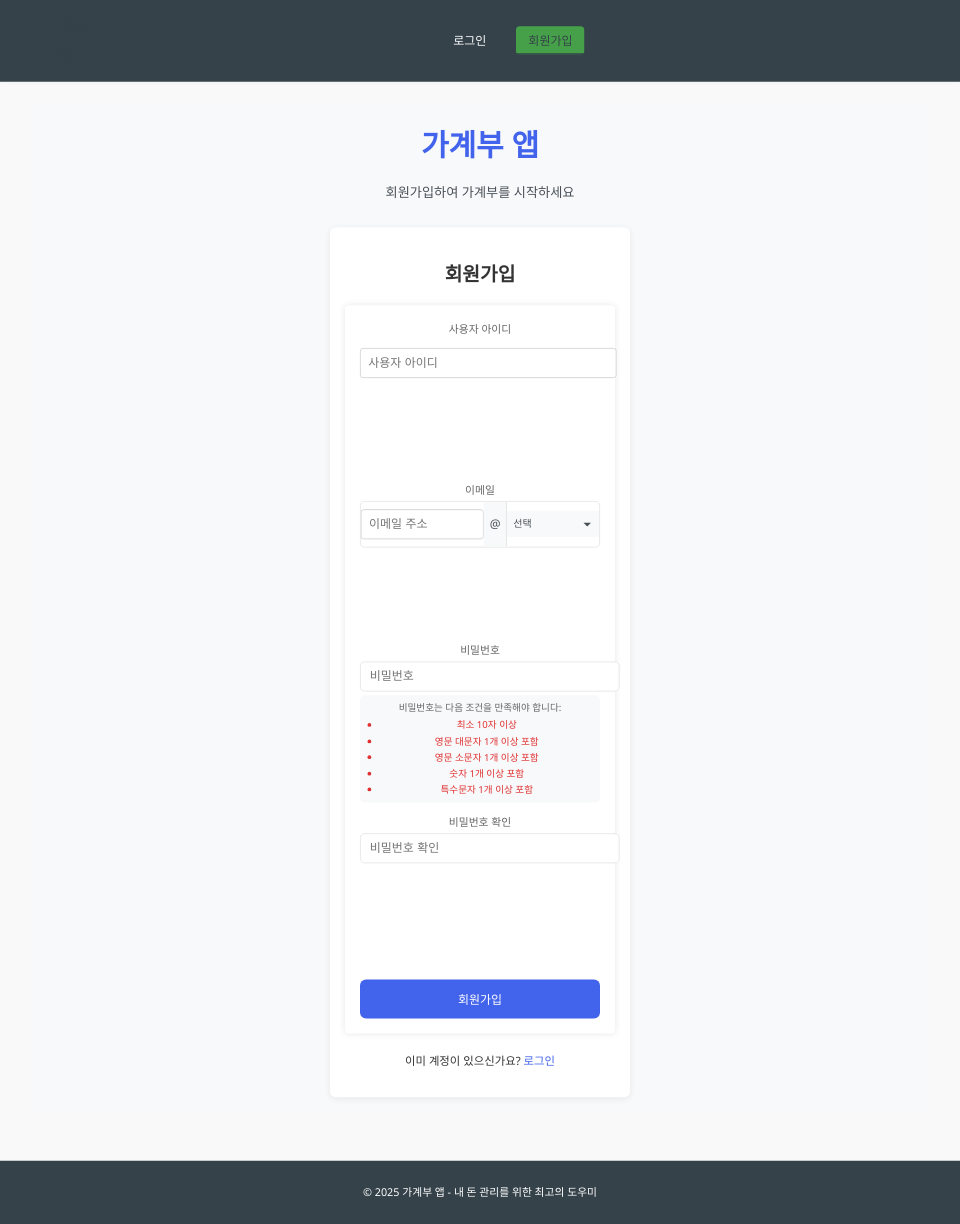
Repository: dldnwls07/Register_Login_Form
Page: /register
These files come from the project's save history. The page is drawn as it stood at one moment and after the next save; the edit follows.
The browser window is 1280 px wide. The pictures show the whole page, at 75% of full size.
The project was rebuilt for these pictures with package versions that can differ from the ones it lists, and the page was loaded fresh each time. Also part of the build but not shown: src/components/Summary.jsx, src/styles/pages/MainPage.css, src/pages/MainPage.jsx, src/utils/categoryData.js, src/components/CategorySelector.jsx, src/components/EntryForm.jsx, src/components/EntryTable.jsx, src/components/SearchBar.jsx and 15 more.

Above is the page before, as saved 2025-05-23 14:15:23.

After the next save:
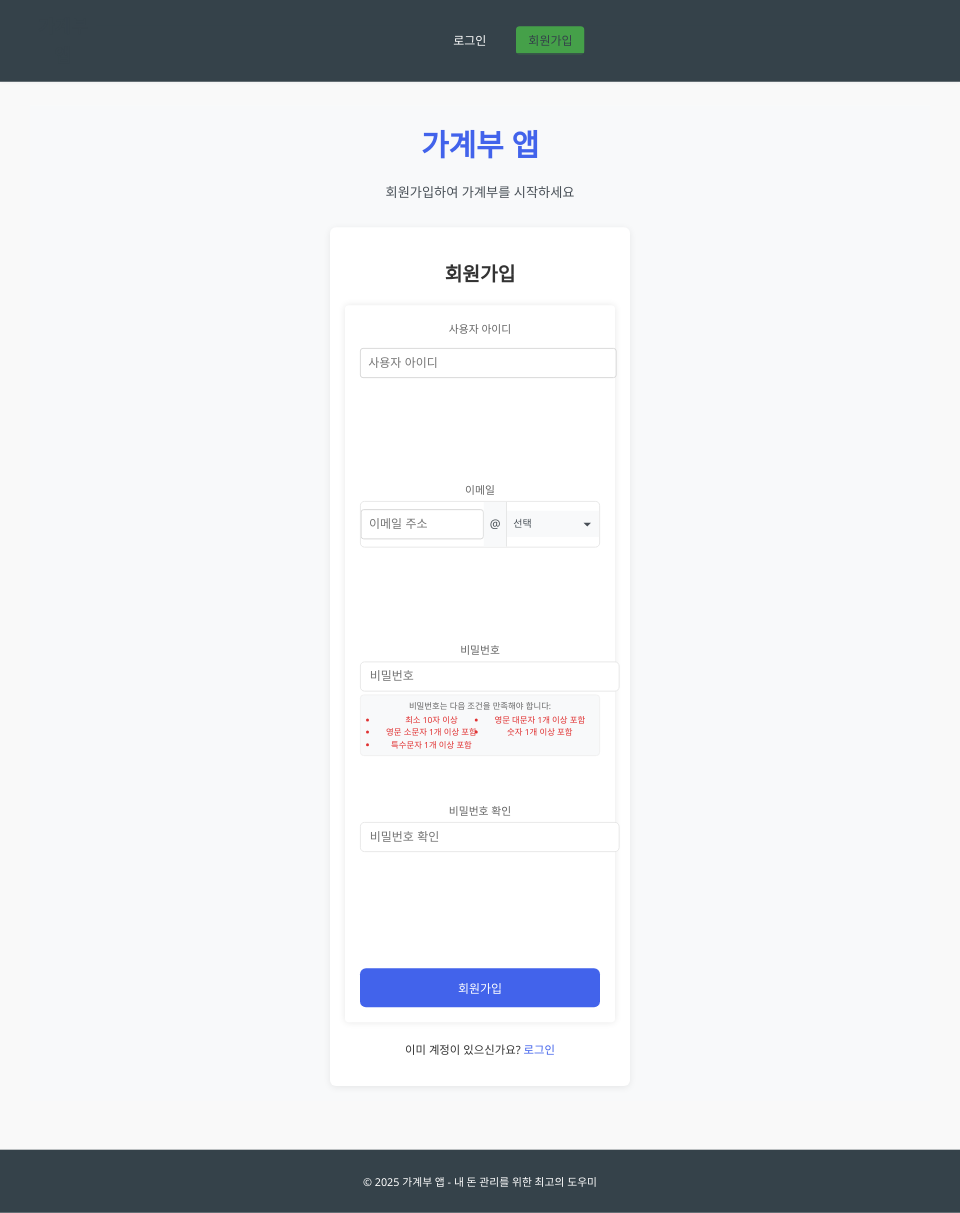
Saved 22 s later.
--- a/src/styles/components/AuthForm.css
+++ b/src/styles/components/AuthForm.css
@@ -286,27 +286,32 @@
 }
 
 .password-policy {
-  font-size: 0.8rem;
+  font-size: 0.75rem;
   color: #666;
-  margin-top: 5px;
-  padding: 6px 8px;
+  margin-top: 4px;
+  padding: 5px 7px;
   background-color: #f8f9fa;
-  border-radius: 6px;
+  border-radius: 5px;
+  border: 1px solid #eee;
 }
 
 .password-policy p {
-  margin-top: 0;
-  margin-bottom: 3px;
-  font-weight: 500;
+  margin: 0 0 2px 0;
+  font-weight: 500;
+  font-size: 0.7rem;
 }
 
 .password-policy ul {
   margin: 0;
-  padding-left: 18px;
+  padding-left: 15px;
+  display: grid;
+  grid-template-columns: 1fr 1fr;
 }
 
 .password-policy li {
-  margin-bottom: 1px;
+  margin-bottom: 0;
+  font-size: 0.7rem;
+  line-height: 1.5;
 }
 
 .password-policy li.met {
